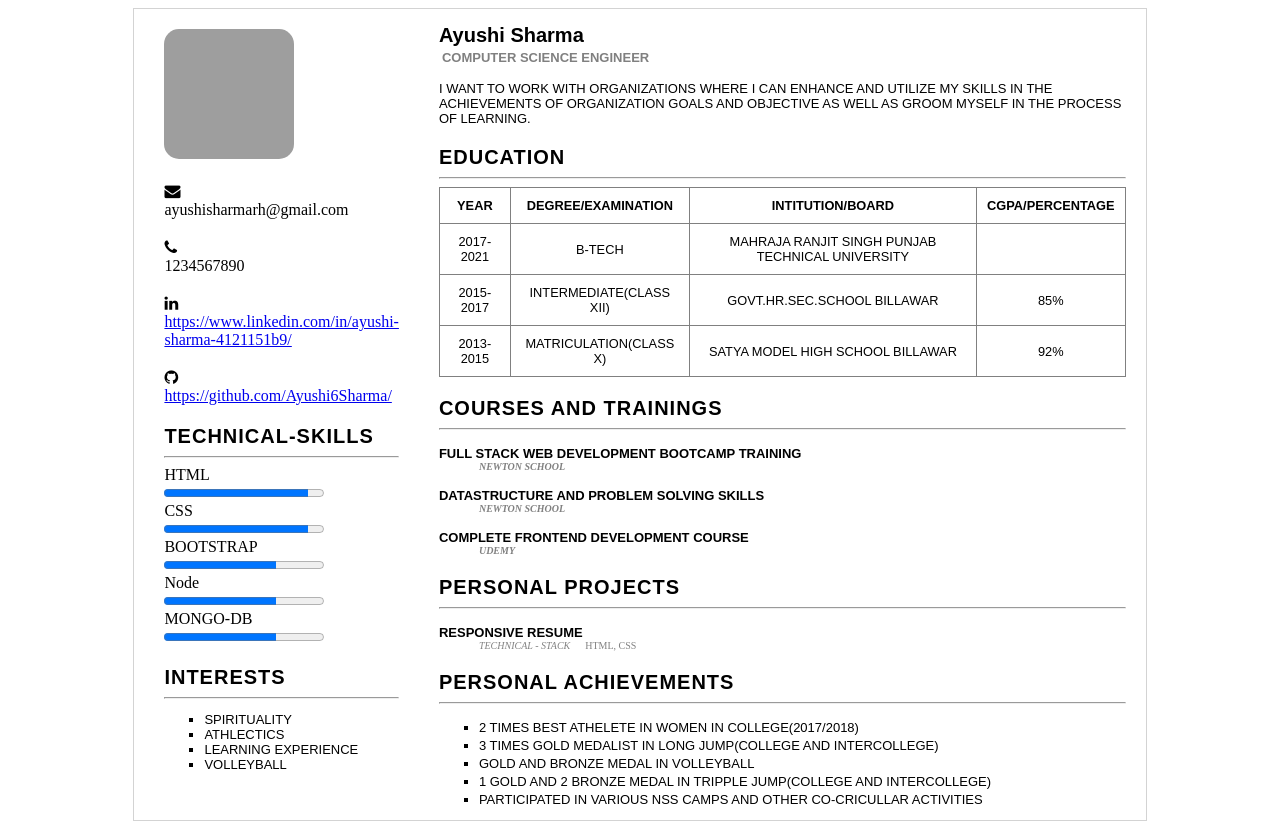
Repository: Ayushi6Sharma/Resume
Page: index.html
These files come from the project's save history. The page is drawn as it stood at one moment and after the next save; the edit follows.
The browser window is 1280 px wide. The pictures show the whole page.
Pictures or frames that could not be fetched are drawn as grey boxes.

Above is the page before, as saved 2022-05-04 16:12:04.

### index.html
<!DOCTYPE html>
<html lang="en">
    <head>
        <meta charset="utf-8">
        <meta http-equiv="X-UA-Compatible" content="IE=edge">
        <meta name="viewport" content="width=device-width, initial-scale=1">
        <meta name="description" content="Responsive resume for companies">
        <meta name="author" content="Ayushi Sharma">
        <div class="profile-linkedin"></div>
        <link rel="stylesheet" href="style.css">
        <!-- <link rel="stylesheet" href="https://cdn.jsdelivr.net/npm/@fortawesome/fontawesome-free@5.15.4/css/fontawesome.min.css" integrity="sha384-jLKHWM3JRmfMU0A5x5AkjWkw/EYfGUAGagvnfryNV3F9VqM98XiIH7VBGVoxVSc7" crossorigin="anonymous"> -->
        <!-- <link href="https://cdnjs.cloudflare.com/ajax/libs/font-awesome/5.13.0/css/all.min.css" rel="stylesheet"> -->
        <link rel="stylesheet" href="https://stackpath.bootstrapcdn.com/font-awesome/4.7.0/css/font-awesome.min.css" integrity="sha384-wvfXpqpZZVQGK6TAh5PVlGOfQNHSoD2xbE+QkPxCAFlNEevoEH3Sl0sibVcOQVnN" crossorigin="anonymous">
        <title>Resume</title>
    </head>
    <body>
        <main class="main-content" contenteditable="false">
            <section>
                <div class="left-main-content">
                    <!-- Profile data -->
                    <div class="profile-data">
                        <div class="profile-image">
                           <img src="https://d3dyfaf3iutrxo.cloudfront.net/thumbnail/user/6c8447b7ed274991ae4f61d43667a32b.jpeg" class="img">
                        </div>
                        <div class="profile-email">
                            <div class="email-icon">
                                <i class="fa fa-envelope"></i>
                            </div>
                            <div class="email-address">
                                ayushisharmarh@gmail.com
                            </div>
                        </div>
                        <div class="profile-contact">
                            <div class="phone-icon">
                                <i class="fa fa-phone"></i>
                            </div>
                            <div class="phone-number">
                                1234567890
                            </div>
                        </div>
                        <div class="profile-linkedin">
                            <div class="linkedid-icon">
                                <i class="fa fa-linkedin"></i>
                            </div>
                            <div class="linkedin-account">
                                <a href="https://www.linkedin.com/in/ayushi-sharma-4121151b9/">https://www.linkedin.com/in/ayushi-sharma-4121151b9/</a>
                            </div>
                        </div>
                        <div class="profile-github">
                            <div class="github-icon">
                                <i class="fa fa-github"></i>
                            </div>
                            <div class="github account-account">
                               <a href="https://github.com/Ayushi6Sharma/">https://github.com/Ayushi6Sharma/</a>
                            </div>
                        </div>
                    </div>
                    <!-- Technical Skills -->
                    <div class="technical-skills">
                        <div class="title">
                            TECHNICAL-SKILLS
                        </div>
                        <hr>
                        <div class="skills">
                            <div class="skill-item">
                                HTML
                            </div>
                            <div class="skill-knowledge">
                                <progress value="90" max="100" class="bar"></progress>
                            </div>
                        </div>
                        <div class="skills">
                            <div class="skill-item">
                                CSS
                            </div>
                            <div class="skill-knowledge">
                                <progress value="90" max="100" class="bar"></progress>
                            </div>
                        </div>
                        <div class="skills">
                            <div class="skill-item">
                                BOOTSTRAP
                            </div>
                            <div class="skill-knowledge">
                                <progress value="70" max="100" class="bar"></progress>
                            </div>
                        </div>
                        <div class="skills">
                            <div class="skill-item">
                                Node
                            </div>
                            <div class="skill-knowledge">
                                <progress value="70" max="100" class="bar"></progress>
                            </div>
                        </div>
                        <div class="skills">
                            <div class="skill-item">
                                MONGO-DB
                            </div>
                            <div class="skill-knowledge">
                                <progress value="70" max="100" class="bar"></progress>
                            </div>
                        </div>
                    </div>
                    <!-- Interests -->
                    <div class="Interests">
                        <div class="title">
                            INTERESTS
                        </div>
                        <hr>
                        <ol class="interest-items">
                            <li>SPIRITUALITY</li>
                            <li>ATHLECTICS</li>
                            <li>LEARNING EXPERIENCE</li>
                            <li>VOLLEYBALL</li>
                        </ol>

                    </div>

                </div>

            </section>
            <section>
                <div class="right-main-content">
                     <div class="about">
                         <div class="name">Ayushi Sharma</div>
                         <div class="stream">COMPUTER SCIENCE ENGINEER</div>
                         <p class="details">
                             I WANT TO WORK WITH ORGANIZATIONS WHERE I CAN ENHANCE AND UTILIZE MY SKILLS IN THE ACHIEVEMENTS OF
                             ORGANIZATION GOALS AND OBJECTIVE AS WELL AS GROOM MYSELF IN THE PROCESS OF LEARNING.
                         </p>
                     </div>
                     <div class="education">
                         <div class="title">
                             EDUCATION
                         </div>
                         <hr>
                         <div class="eduction-table">
                             <table>
                                 <thead>
                                     <tr>
                                         <th>YEAR</th>
                                         <th>DEGREE/EXAMINATION</th>
                                         <th>INTITUTION/BOARD</th>
                                         <th>CGPA/PERCENTAGE</th>
                                     </tr>
                                 </thead>
                                 <tr>
                                     <td>
                                         2017-2021
                                     </td>
                                     <td>
                                        B-TECH
                                     </td>
                                     <td>MAHRAJA RANJIT SINGH PUNJAB TECHNICAL UNIVERSITY</td>
                                     <td></td>
                                 </tr>
                                 <tr>
                                    <td>
                                        2015-2017
                                    </td>
                                    <td>
                                       INTERMEDIATE(CLASS XII)
                                    </td>
                                    <td>GOVT.HR.SEC.SCHOOL BILLAWAR</td>
                                    <td>
                                        85%
                                    </td>
                                </tr>
                                <tr>
                                    <td>
                                        2013-2015
                                    </td>
                                    <td>
                                       MATRICULATION(CLASS X)
                                    </td>
                                    <td>SATYA MODEL HIGH SCHOOL BILLAWAR</td>
                                    <td>
                                        92%
                                    </td>
                                </tr>
                             </table>
                         </div>
                     </div>
                     <div class="courses-and-trainings">
                         <div class="title">COURSES AND TRAININGS</div>
                         <hr>
                        <div class="training-1">
                            <dl>
                                <dt class="training-name">
                                    FULL STACK WEB DEVELOPMENT BOOTCAMP TRAINING
                                </dt>
                                <dd class="training-place">
                                    <i>NEWTON SCHOOL</i>
                                </dd>
                            </dl>
                        </div>
                        <div class="training-1">
                            <dl>
                                <dt class="training-name">
                                    DATASTRUCTURE AND PROBLEM SOLVING SKILLS
                                </dt>
                                <dd class="training-place">
                                    <i>NEWTON SCHOOL</i>
                                </dd>
                            </dl>
                        </div>
                        <div class="training-1">
                            <dl>
                                <dt class="training-name">
                                    COMPLETE FRONTEND DEVELOPMENT COURSE
                                </dt>
                                <dd class="training-place">
                                    <i>UDEMY</i>
                                </dd>
                            </dl>
                        </div>
                     </div>
                     <div class="personal-projects">
                        <div class="title">
                            PERSONAL PROJECTS
                        </div>
                        <hr>
                        <div class="project">
                            <dl>
                                <dt class="project-name">RESPONSIVE RESUME</dt>
                                <dd class="tech-stack">
                                    <i>TECHNICAL - STACK</i>
                                    <span>&emsp; HTML, CSS<span>
                                </dd>
                            </dl>
                        </div>
                     </div>
                     <div class="personal-achievements">
                        <div class="title">
                            PERSONAL ACHIEVEMENTS
                        </div>
                        <hr>
                        <ol class="achievements">
                            <li>2 TIMES BEST ATHELETE IN WOMEN IN COLLEGE<span class="ach-data">(2017/2018)<span></li>
                            <li>3 TIMES GOLD MEDALIST IN LONG JUMP<span class="ach-data">(COLLEGE AND INTERCOLLEGE)<span></li>
                            <li>GOLD AND BRONZE MEDAL IN VOLLEYBALL</li>
                            <li>1 GOLD AND 2 BRONZE MEDAL IN TRIPPLE JUMP<span class="ach-data">(COLLEGE AND INTERCOLLEGE)</span></li>
                            <li>PARTICIPATED IN VARIOUS NSS CAMPS AND OTHER CO-CRICULLAR ACTIVITIES</li>
                        </ol>
                     </div>

                </div>
            </section>
        </main>
    </body>
</html>

### style.css

.main-content
{
    display: grid;
    grid-template-columns:1fr 3fr;
    width:80%;
    margin: auto;
    border:1px solid lightgrey;
}
.left-main-content
 {
     /* grid-column: span 1; */
    padding-left: 30px;
    padding-right: 20px;
}
.right-main-content
{
    /* grid-column: span 1/span 2; */
    /* border: 2px solid black; */
    padding-left:20px;
    padding-right: 20px;
}
.profile-data > div{
    margin-top: 20px;
}
/* profile data */
.img
{
    width:130px;
    height:130px;
    border-radius:15px;
}
/* technical skills */
.title{
    margin-top: 20px;
    font-weight: bold;
    font-size: 20px;
    letter-spacing: 1px;
    font-family: sans-serif;
}
/* Interest */
.interest-items{
    list-style-type: square;
    font-size: 13px;
    font-family: sans-serif;
}
/* Right main content */
.name
{
    font-weight:bolder;
    font-size:20px;
    font-family: sans-serif;
    padding-top: 15px;
}
.stream
{
    color: grey;
    font-family: sans-serif;
    font-size: 13px;
    padding: 3px;
    font-weight: bold;
}
.details
{
    font-size: 13px;
    font-family: sans-serif;
    /* font-weight: bold; */
}
/* EDUCTAION */

table,th,td
{
    border:1px solid grey;
    border-collapse: collapse;
    text-align: center;
    padding:10px;
    font-size: 1vw;
    font-family: sans-serif;
}
/* TRIANING AND COURSES */
.training-name
{
    font-weight: bold;
    font-size:13px;
    font-family: sans-serif;
}
.training-place
{
    font-weight: bold;
    font-size: 10px;
    color:grey;
}
/* PROJECTS */
.project-name
{
    font-weight: bold;
    font-size:13px;
    font-family: sans-serif;
}
.tech-stack
{
    color:grey;
    font-size: 10px;
}
.stack-name li
{
    list-style-type: square;
}
/* ACHIEVEMENTS */
.achievements
{
    list-style-type: square;
    font-size: 13px;
    font-family:sans-serif;
}
.achievements li
{
    padding-top: 3px;
}
/* media queries for responsive page */

@media only screen and (max-width:480px)
{   .main-content
    {
        grid-template-columns:repeat(1,1fr);
        width:100%;
    }
    .title
    {
        font-size: 15px;
    }
    th,td
    {
        font-size:10px;
        padding: 2px;
    }
    .training-name
    {
        font-size:10px;
    }
    .training-place
    {
        font-size: 8px;
    }
}
@media only screen and (min-width:481px) and (max-width:768px)
{
    .main-content
    {
        grid-template-columns:repeat(1,1fr);
        width:100%;
    }
    .title
    {
        font-size: 18px;
    }
    table,th,td
    {
        font-size: 10px;
    }
    .training-name
    {
        font-size:12px;
    }
    .training-place
    {
        font-size: 9px;
    }
}
@media only screen and (min-width:481px) and (max-width:768px)
{
    th,td
    {
        font-size: 10px;
        /* padding: 10px; */
    }
}

After the next save:
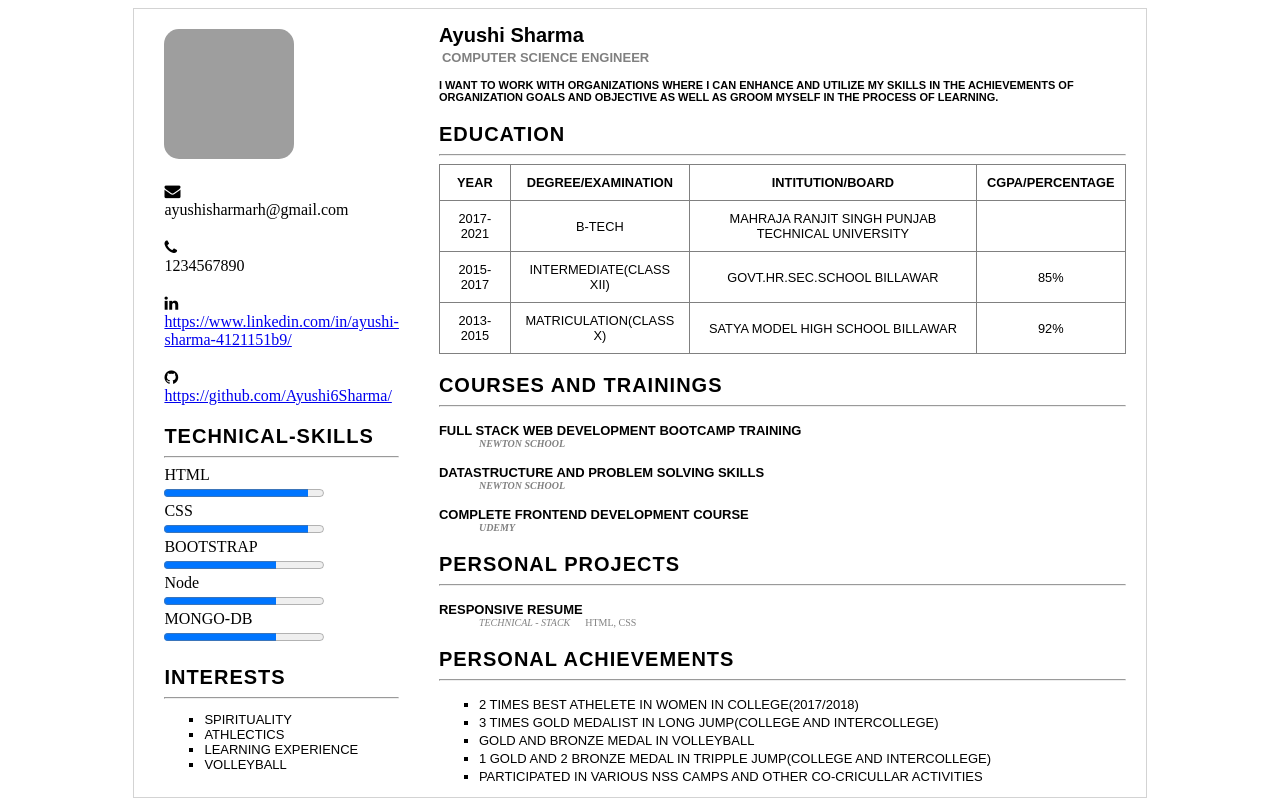
Saved 33 s later.
--- a/style.css
+++ b/style.css
@@ -62,9 +62,9 @@
 }
 .details
 {
-    font-size: 13px;
+    font-size: 11px;
     font-family: sans-serif;
-    /* font-weight: bold; */
+    font-weight: bold;
 }
 /* EDUCTAION */
 
